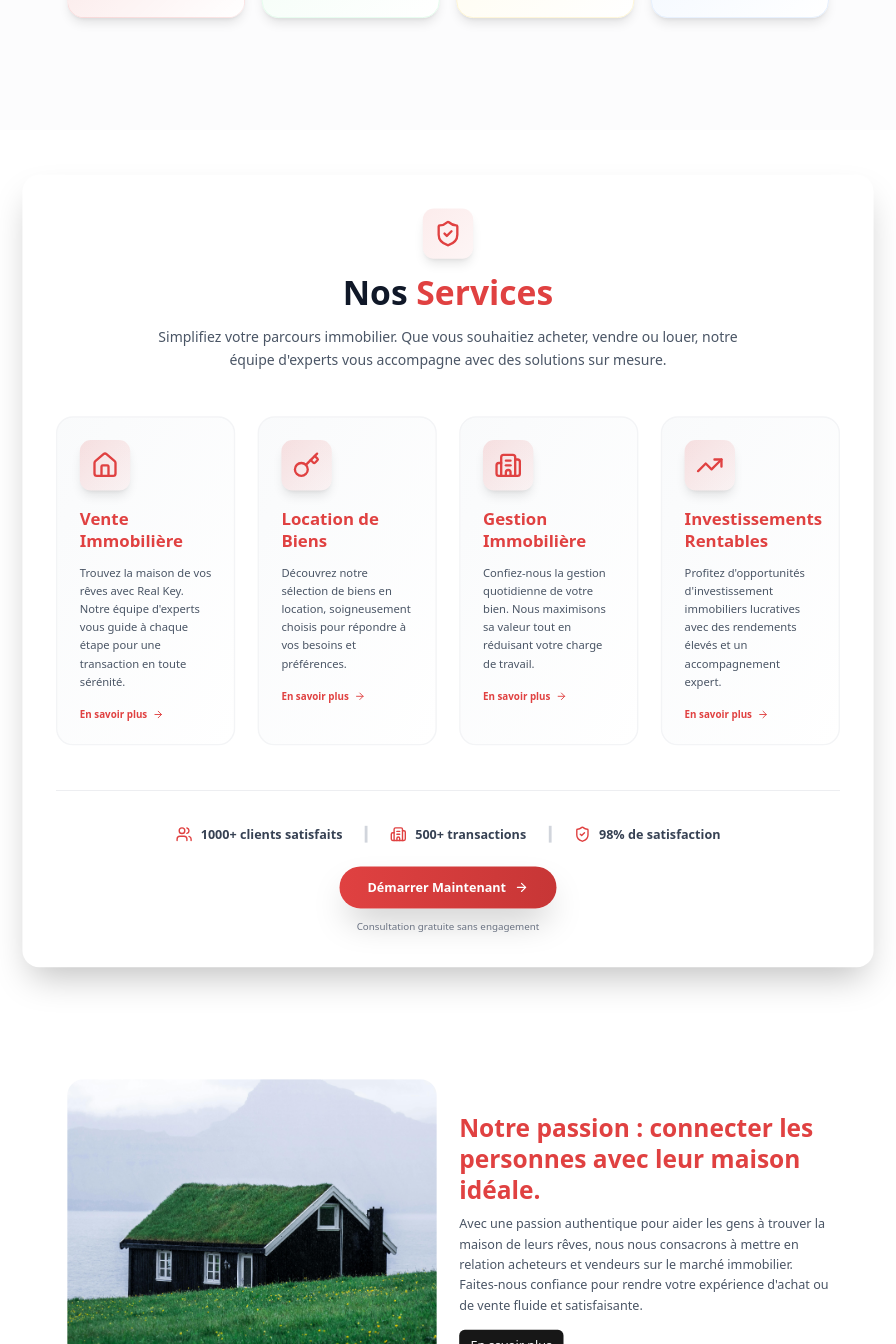
Repository: lamatmed/Real-Key
Page: /
The author's editor kept a copy of each file at every save. The page is drawn from the files as they stood at one save, then again after the next save.
The browser window is 1280 px wide. The pictures show the part of the page from y = 2234 to 4154 px (the page is 5439 px tall before and 5503 px after), at 70% of full size.
The page's requests for data from a server got no answer. The project was rebuilt for these pictures with package versions that can differ from the ones it lists, and the page was loaded fresh each time. Some packages were replaced by stand-ins written for this rebuild. The framework's server and built-in components were replaced by stand-ins that run in the browser. No one was signed in, and anything a server would have sent is missing. Also part of the build but not shown: next.config.ts, app/_components/PropertyCard.tsx.

Above is the page before, as saved 2025-09-28 16:56:40.

After the next save:
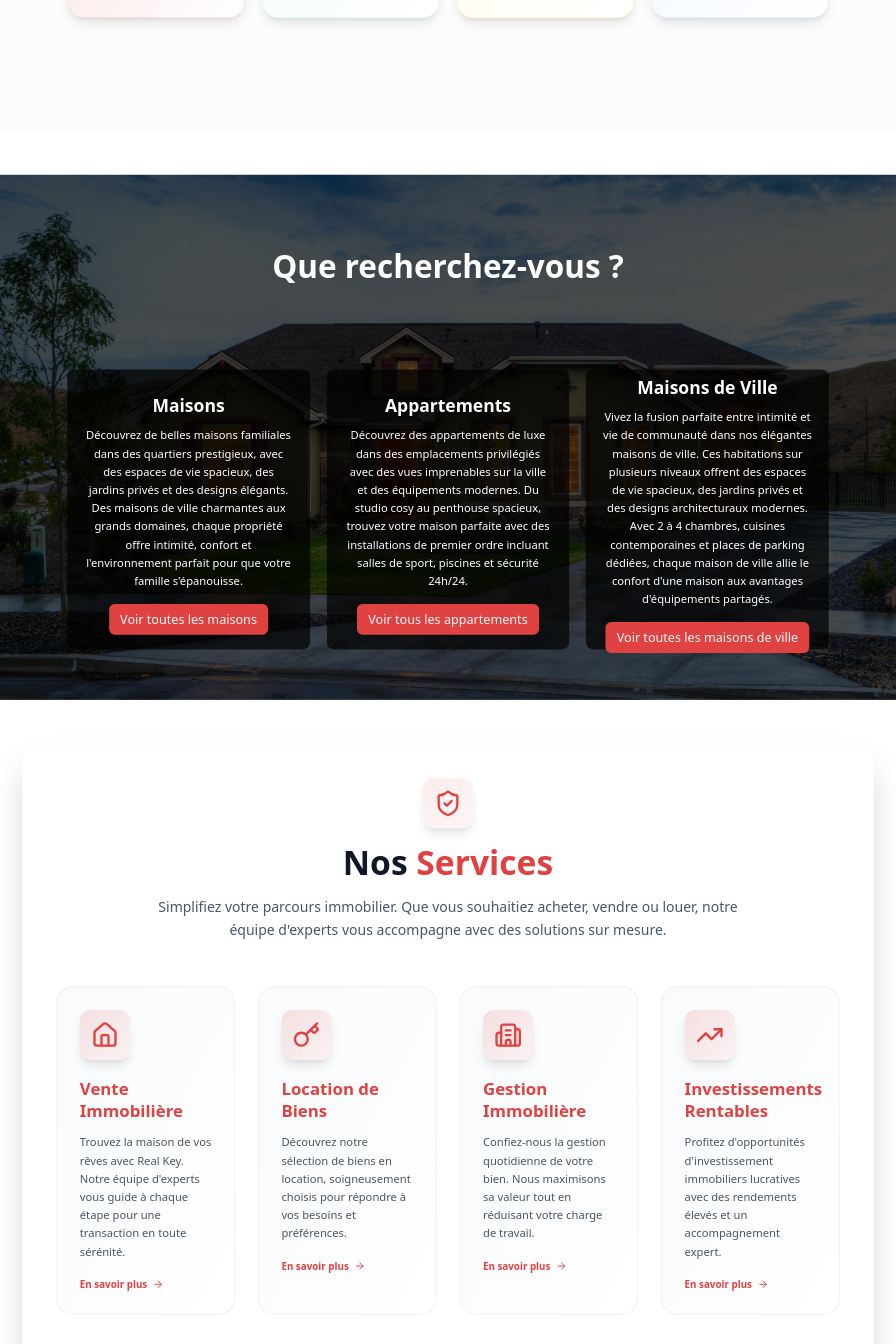
Saved 2 min 0 s later.
--- a/app/page.tsx
+++ b/app/page.tsx
@@ -1,4 +1,3 @@
-
 import Hero from "./_components/Hero";
 import FeaturedProperties from "./_components/FeaturedProperties";
 import WhatWeDo from "./_components/WhatWeDo";
@@ -8,13 +7,11 @@ import WhatClientWant from "./_components/WhatClientWant";
 export default function Home() {
   return (
     <div className="">
-
       <Hero/>
       <FeaturedProperties/>
+      <WhatClientWant/>
       <WhatWeDo/>
       <ConnectingPeople/>
-      <WhatClientWant/>
-
     </div>
   )
 }
